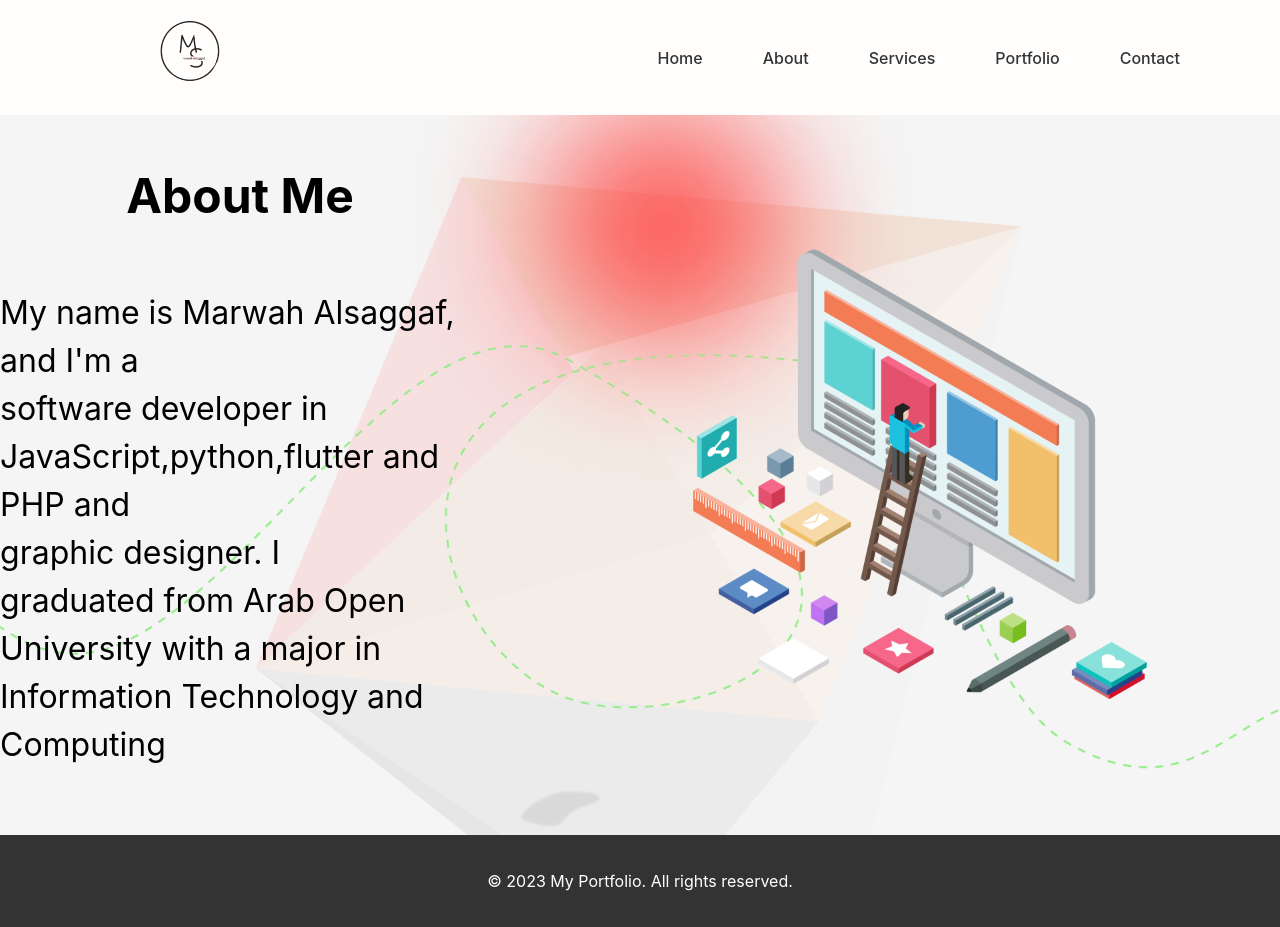
Repository: MEROO1010/Portfolio_00
Page: /about (app in portfolio_00/)
These files come from the project's save history. The page is drawn as it stood at one moment and after the next save; the edit follows.
The browser window is 1280 px wide. The pictures show the whole page.
The project was rebuilt for these pictures with package versions that can differ from the ones it lists, and the page was loaded fresh each time. Also part of the build but not shown: portfolio_00/src/components/Home.jsx, portfolio_00/src/components/Services.jsx, portfolio_00/src/components/Portfolio.jsx, portfolio_00/src/components/Contact.jsx.

Above is the page before, as saved 2024-11-19 09:48:29.

### portfolio_00/src/App.jsx
import React from 'react';
import { BrowserRouter, Route, Routes } from 'react-router-dom';
import Header from './components/Header';
import Home from './components/Home';
import About from './components/About';
import Services from './components/Services';
import Portfolio from './components/Portfolio';
import Contact from './components/Contact';
import Footer from './components/Footer';
// import GlobalStyle from './styles/global';

const App = () => {
  return (
    <BrowserRouter>
    <Header />
    <Routes>
      <Route path="/"  element={<Home />} />
      <Route path="/about"  element={<About />} />
      <Route path="/services" element={<Services  />} />

      <Route path="/portfolio" element={<Portfolio />} />
      <Route path="/contact" element={<Contact />} />
    </Routes>

    <Footer />
  </BrowserRouter>
  );
};

export default App;

### portfolio_00/src/features/counter/counterSlice.js
import { createAsyncThunk, createSlice } from '@reduxjs/toolkit';
import { fetchCount } from './counterAPI';

const initialState = {
  value: 0,
  status: 'idle',
};

// The function below is called a thunk and allows us to perform async logic. It
// can be dispatched like a regular action: `dispatch(incrementAsync(10))`. This
// will call the thunk with the `dispatch` function as the first argument. Async
// code can then be executed and other actions can be dispatched. Thunks are
// typically used to make async requests.
export const incrementAsync = createAsyncThunk(
  'counter/fetchCount',
  async (amount) => {
    const response = await fetchCount(amount);
    // The value we return becomes the `fulfilled` action payload
    return response.data;
  }
);

export const counterSlice = createSlice({
  name: 'counter',
  initialState,
  // The `reducers` field lets us define reducers and generate associated actions
  reducers: {
    increment: (state) => {
      // Redux Toolkit allows us to write "mutating" logic in reducers. It
      // doesn't actually mutate the state because it uses the Immer library,
      // which detects changes to a "draft state" and produces a brand new
      // immutable state based off those changes
      state.value += 1;
    },
    decrement: (state) => {
      state.value -= 1;
    },
    // Use the PayloadAction type to declare the contents of `action.payload`
    incrementByAmount: (state, action) => {
      state.value += action.payload;
    },
  },
  // The `extraReducers` field lets the slice handle actions defined elsewhere,
  // including actions generated by createAsyncThunk or in other slices.
  extraReducers: (builder) => {
    builder
      .addCase(incrementAsync.pending, (state) => {
        state.status = 'loading';
      })
      .addCase(incrementAsync.fulfilled, (state, action) => {
        state.status = 'idle';
        state.value += action.payload;
      });
  },
});

export const { increment, decrement, incrementByAmount } = counterSlice.actions;

// The function below is called a selector and allows us to select a value from
// the state. Selectors can also be defined inline where they're used instead of
// in the slice file. For example: `useSelector((state: RootState) => state.counter.value)`
export const selectCount = (state) => state.counter.value;

// We can also write thunks by hand, which may contain both sync and async logic.
// Here's an example of conditionally dispatching actions based on current state.
export const incrementIfOdd = (amount) => (dispatch, getState) => {
  const currentValue = selectCount(getState());
  if (currentValue % 2 === 1) {
    dispatch(incrementByAmount(amount));
  }
};

export default counterSlice.reducer;

### portfolio_00/src/components/Header.jsx
import React from 'react';
import styled from 'styled-components';
import { Link } from 'react-router-dom';
import ImageLogo from '../assets/white_logo.png';

const HeaderContainer = styled.header`
  background-color: #FFFEFD;
  padding: 10px 100px;
  display: flex;
  justify-content: space-between;
  align-items: center;
`;

const Logo = styled.h1`
  margin:4px;
  padding-left:40px;
`;

const NavLinks = styled .nav`
  display: flex;
  gap: 60px;
`;

const NavLink = styled(Link)`
  text-decoration: none;
  color: #333;
  font-weight: 500;

  &:hover {
    color: #3BB873;
  }
`;

const Header = () => {
  return (
    <HeaderContainer>
      <Logo><img src={ImageLogo} alt="Description of image" /></Logo>
      <NavLinks>
        <NavLink to="/">Home</NavLink>
        <NavLink to="/about">About</NavLink>
        <NavLink to="/services">Services</NavLink>
        <NavLink to="/portfolio">Portfolio</NavLink>
        <NavLink to="/contact">Contact</NavLink>
      </NavLinks>
    </HeaderContainer>
  );
};

export default Header;

### portfolio_00/src/components/About.jsx
import React from 'react';
import styled from 'styled-components';
import bg2 from "../assets/background2.png"

const Container = styled.div`
  display: flex;
  flex-direction: column;
  align-items: center;
  justify-content: center;
  height: 100vh;
  background-color: #f5f5f5;
  background-image: url(${bg2});
  background-position: center;
  background-size:cover;
`;

const Title = styled.h1`
  font-size: 3rem;
  font-weight: bold;
  margin-bottom: 2rem;
  padding-right:800px;
`;

const Description = styled.p`
  font-size: 2rem;
  line-height: 1.5;
  margin-bottom: 3rem;
  padding-right:800px;
`;

const ImageContainer = styled.div`
  img{
    display: flex;
  justify-content: center;
  align-items: center;
  width: 50%;
  margin: 0 auto;

  z-index: 1;
  }
`;







const About = () => {
  return (
    <Container>
      <Title>About Me</Title>
      <Description>
           My name is Marwah Alsaggaf, and I'm a <br/>software developer in<br/> JavaScript,python,flutter and PHP
           and<br/> graphic designer. I  <br/>
            graduated from Arab Open<br/>  University with a major in<br/>
             Information Technology and<br/> Computing
               </Description>
      <ImageContainer>


      </ImageContainer>
    </Container>
  );
};

export default About;

### portfolio_00/src/components/Footer.jsx
import React from 'react';
import styled from 'styled-components';

const FooterContainer = styled.footer`
  padding: 20px;
  background-color: #333;
  color: white;
  text-align: center;
`;

const Footer = () => {
  return (
    <FooterContainer>
      <p>&copy; 2023 My Portfolio. All rights reserved.</p>
    </FooterContainer>
  );
};

export default Footer;

Loaded but not shown: portfolio_00/public/index.html (common file); portfolio_00/src/index.js (common file); portfolio_00/src/app/store.js (common file); portfolio_00/src/reportWebVitals.js (common file); portfolio_00/src/index.css (common file); portfolio_00/src/features/counter/counterAPI.js (common file)

After the next save:
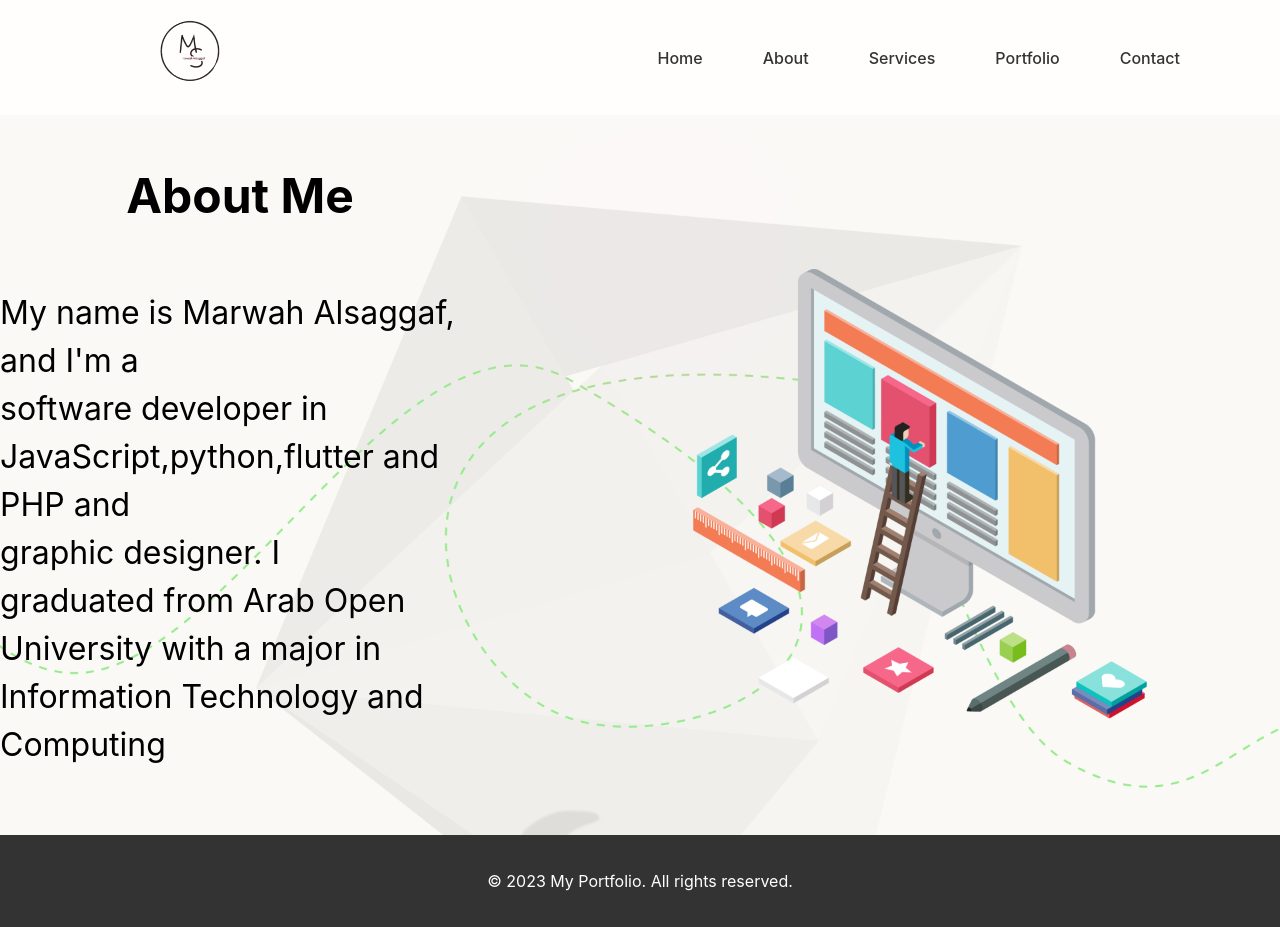
Saved 2 min 42 s later.
--- a/portfolio_00/src/components/About.jsx
+++ b/portfolio_00/src/components/About.jsx
@@ -1,6 +1,6 @@
 import React from 'react';
 import styled from 'styled-components';
-import bg2 from "../assets/background2.png"
+import bg2 from "../assets/About_me_bg.png"
 
 const Container = styled.div`
   display: flex;
